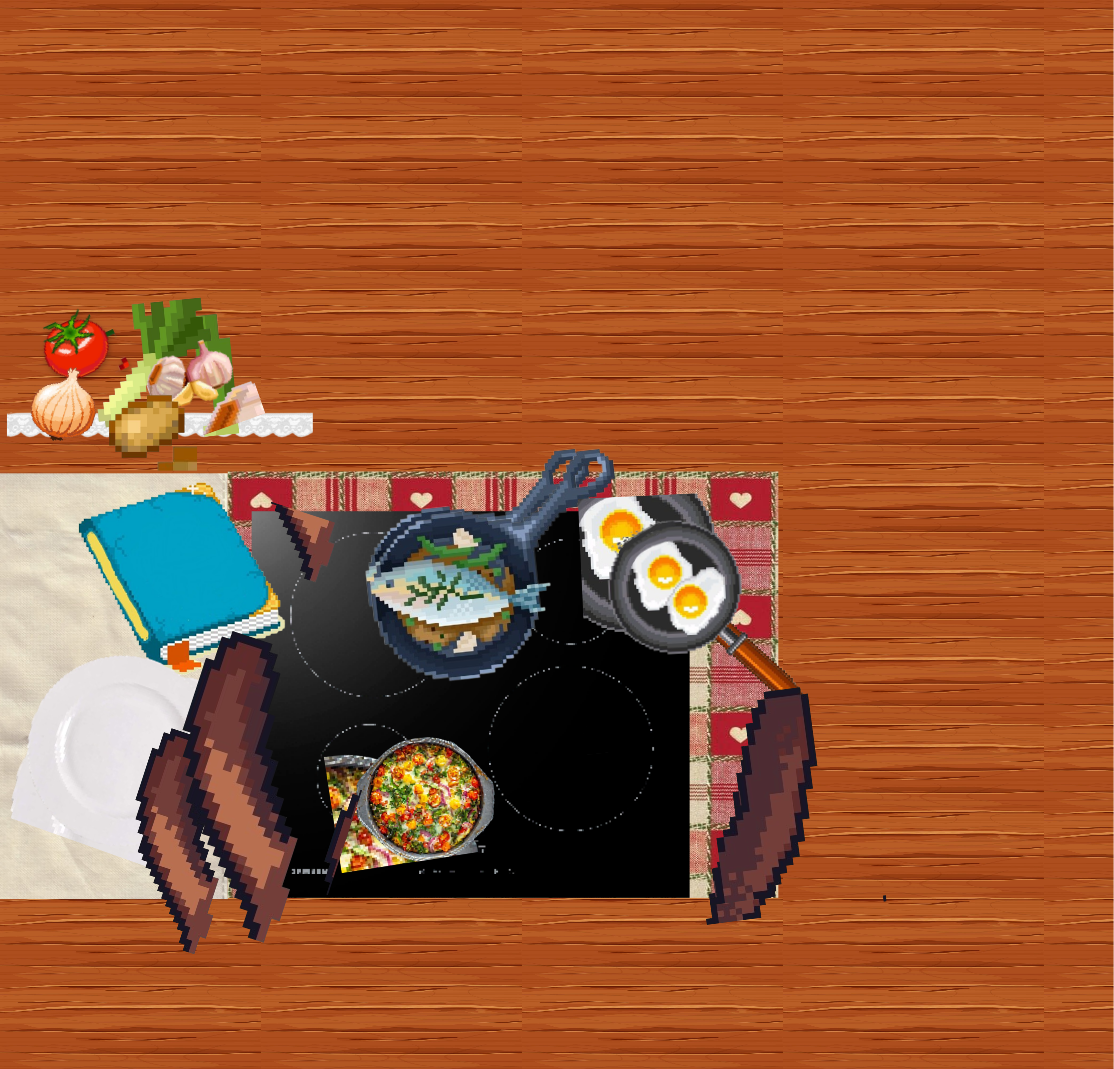
Repository: AJamdonuts/ToddyTalks
Page: playingaround2/pages/chefsujin.html
The author's editor kept a copy of each file at every save. The page is drawn from the files as they stood at one save, then again after the next save.
The browser window is 1280 px wide. The pictures show the whole page, at 87% of full size.

Above is the page before, as saved 2025-11-26 20:25:28.

### playingaround2/pages/chefsujin.html
<!DOCTYPE html>
<html>
<head>
    <meta charset="UTF-8">
    <meta name="viewport" content="width=device-width, initial-scale=1">
    <link href="/playingaround2/styles/chefsujin.css" rel="stylesheet">
    <script src="/playingaround2/javascript/chefsujin.js" defer></script>
    <title>Chef Sujin</title>
    <link rel="icon" type="image/x-icon" href="/playingaround2/images/favicon.ico">
</head>
<body>
    <div class="canvas">
        <img src="/playingaround2/images/09362b8ce39beb85f830c3373e6b392c-removebg-preview.png" alt="Chef Sujin Banner" class="chef-sujin-banner">
        <img src="/playingaround2/images/b41e50d46e26e9463ce130b2da7a46aa.jpg" class="creamtexture">
        <img src="/playingaround2/images/check table cloth.jpg" class="checktablecloth">
        <img src="/playingaround2/images/pxArt-2.png" class="hob">
        <img src="/playingaround2/images/pixil-frame-0-removebg-preview 1.png" class="recipebook">
        <img src="/playingaround2/images/fishpan.png" class="fishpan">
        <img src="/playingaround2/images/leek-removebg-preview.png" class="leek">
        <img src="/playingaround2/images/garlic-removebg-preview.png" class="garlic">
        <img src="/playingaround2/images/d95fa1e62c663504736614e026fc4862-removebg-preview.png" class="potato">
        <img src="/playingaround2/images/pixil-frame-0-removebg-preview.png" class="eggpan" >
        <img src="/playingaround2/images/pxArt-2-removebg-preview.png" class="vegpan">
        <img src="/playingaround2/images/pxArt-removebg-preview.png" class="plate">
        <img src="/playingaround2/images/tomato-removebg-preview.png" class="tomato">
        <img src="/playingaround2/images/onion-removebg-preview.png" class="onion">
        <img src="/playingaround2/images/IMG_0236_2-removebg-preview.png" class="beararm1" >
        <img src="/playingaround2/images/IMG_0236-removebg-preview.png" class="beararm2" >
    </div>

</body>
</html>

### playingaround2/styles/chefsujin.css


/* Add a main container to hold all your absolutely positioned elements */
.canvas {
    position: relative;
    max-width: 1440px;
    max-height: 1024px;
    width: 100%;
    height: 100%;
    transform-origin: bottom left;
    transform: scale(var(--scale-factor, 1));
}

/* Use Flexbox on the body to center the .canvas element when it hits the max size */
body {
    display: flex;
    justify-content: center; /* horizontally center canvas */
    align-items: flex-end;   /* vertically position canvas as needed */

    background-image: url('/playingaround2/images/kitchencounter.jpg');
    background-repeat: repeat;      /* repeat the image */
    background-size: 300px 100px;   /* set width and height for each tile */
    background-position: top left;  /* start tiling from top-left */
    background-attachment: scroll;  /* moves with page */
    background-color: #ffffff;      /* fallback color */
}

.tomato {
    position: absolute;
    width: 133.75px;
    height: 133.75px;
    left: 45.02px;
    top: 55.06px;
    background: url(tomato-removebg-preview.png);
    filter: drop-shadow(0px 4px 4px rgba(0, 0, 0, 0.25));
    border-radius: 4px;
    transform: rotate(-24.58deg);
}

.potato {
    position: absolute;
    width: 165px;
    height: 165px;
    left: 146px;
    top: 161px;
    background: url(d95fa1e62c663504736614e026fc4862-removebg-preview.png);
}

.leek {
    position: absolute;
    width: 257.96px;
    height: 257.96px;
    left: 109.95px;
    top: 20px;
    background: url(leek-removebg-preview.png);
    transform: rotate(-5.62deg);
}

.garlic {
    position: absolute;
    width: 194.8px;
    height: 194.8px;
    left: 200.62px;
    top: 74.87px;
    background: url(garlic-removebg-preview.png);
    transform: rotate(-19.27deg);
}

.onion {
    position: absolute;
    width: 126.18px;
    height: 144.28px;
    left: 32px;
    top: 145.3px;
    background: url(onion-removebg-preview.png);
    transform: rotate(17.63deg);
    }

.recipebook {
    position: absolute;
    width: 392px;
    height: 392px;
    left: 90px;
    top: 302px;
}

.plate {
    position: absolute;
    width: 334.76px;
    height: 332.75px;
    left: 22px;
    top: 616px;
    background: url(pxArt-removebg-preview.png);
    transform: rotate(19.64deg);
}

.beararm1 {
    position: absolute;
    width: 448.49px;
    height: 883.17px;
    left: 132px;
    top: 374px;
    background: url(IMG_0236_2-removebg-preview.png);
    transform: matrix(0.95, 0.31, 0.31, -0.95, 0, 0);
}

.beararm2 {
    position: absolute;
    width: 348.8px;
    height: 764.5px;
    left: 1062px;
    top: 450px;
    background: url(IMG_0236-removebg-preview.png);
    transform: matrix(0.99, -0.13, -0.13, -0.99, 0, 0);
}

.fishpan {
    position: absolute;
    width: 546.95px;
    height: 546.95px;
    left: 532px;
    top: 257px;
    background: url(fishpan.png);
    transform: rotate(-6.22deg);
}

.eggpan {
    position: absolute;
    width: 396px;
    height: 396px;
    left: 942.44px;
    top: 362.44px;
    background: url(pixil-frame-0-removebg-preview.png);
    transform: rotate(177.33deg);
}

.vegpan {
    position: absolute;
    width: 207px;
    height: 310px;
    left: 580.54px;
    top: 703.1px;
    background: url(pxArt-2-removebg-preview.png);
    transform: rotate(81.24deg);
}

.hob {
    position: absolute;
    width: 716px;
    height: 632px;
    left: 400px;
    top: 392px;
    background: url(pxArt-2.png);
}

.creamtexture {
    position: absolute;
    width: 476px;
    height: 696px;
    left: -115px;
    top: 330px;
    background: url(b41e50d46e26e9463ce130b2da7a46aa.jpg);
}

.checktablecloth {
    position: absolute;
    width: 900px;
    height: 697px;
    left: 361px;
    top: 327px;
}

### playingaround2/javascript/chefsujin.js
function calculateScaleFactor() {
    // Define the original design dimensions
    const DESIGN_WIDTH = 1440;
    const DESIGN_HEIGHT = 1024;

    // Get the current viewport dimensions
    const viewportWidth = window.innerWidth;
    const viewportHeight = window.innerHeight;

    // Calculate the scale factor for both dimensions
    const widthScale = viewportWidth / DESIGN_WIDTH;
    const heightScale = viewportHeight / DESIGN_HEIGHT;

    // Use the smaller scale factor to ensure everything fits inside the window
    const scaleFactor = Math.min(widthScale, heightScale);

    // Get the .canvas element
    const canvas = document.querySelector('.canvas');

    // Apply the scale factor as a CSS variable
    if (canvas) {
        // If the viewport is larger than the design max, don't scale up past 1
        const finalScale = Math.min(scaleFactor, 1);
        canvas.style.setProperty('--scale-factor', finalScale);

        // Additionally, set the fixed width/height so the centering works correctly
        canvas.style.width = `${DESIGN_WIDTH}px`;
        canvas.style.height = `${DESIGN_HEIGHT}px`;
    }
}

// Run on load and on every window resize
window.addEventListener('resize', calculateScaleFactor);
document.addEventListener('DOMContentLoaded', calculateScaleFactor);

After the next save:
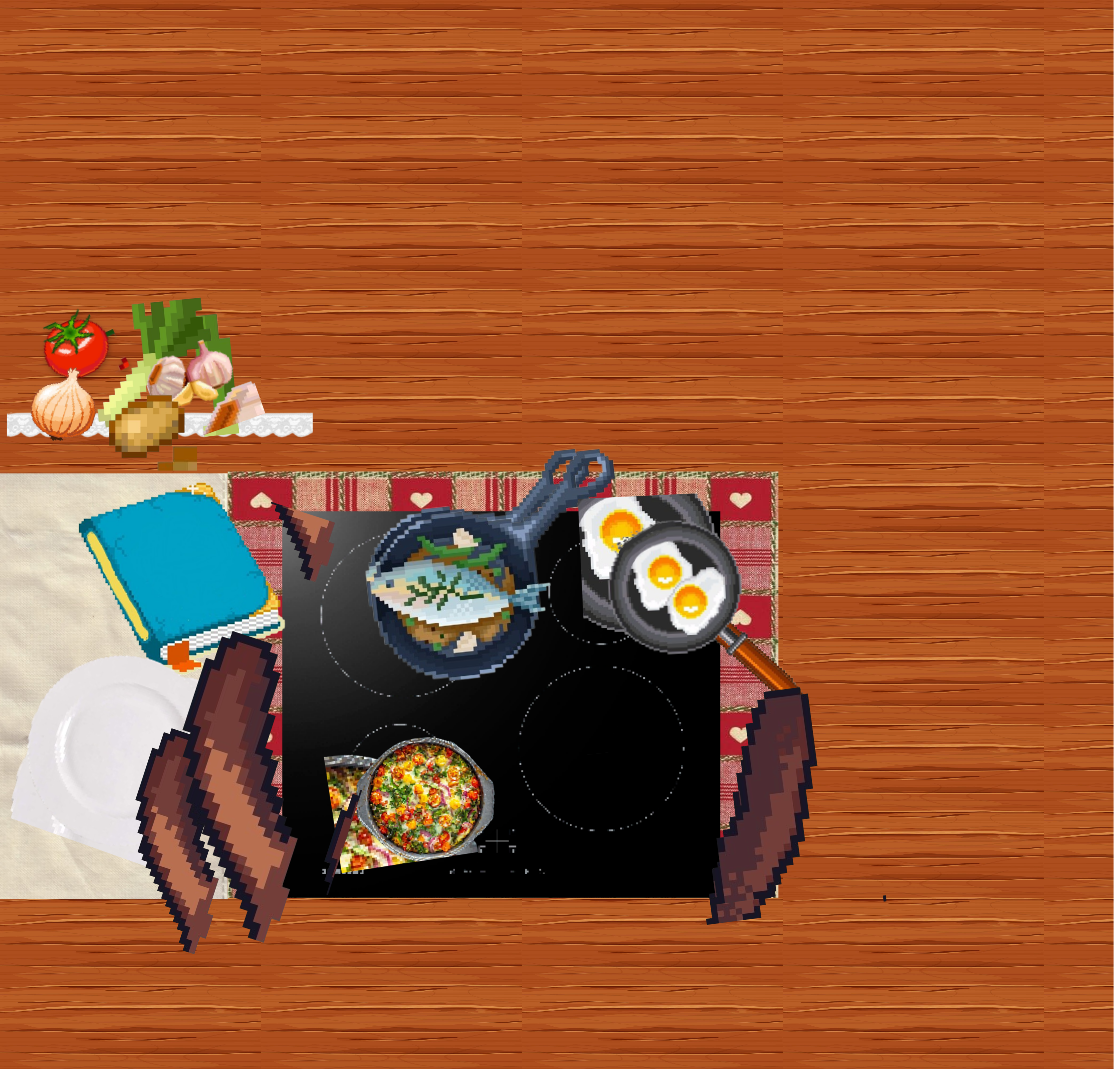
Saved 16 s later.
--- a/playingaround2/styles/chefsujin.css
+++ b/playingaround2/styles/chefsujin.css
@@ -148,7 +148,7 @@ body {
     position: absolute;
     width: 716px;
     height: 632px;
-    left: 400px;
+    left: 450px;
     top: 392px;
     background: url(pxArt-2.png);
 }
